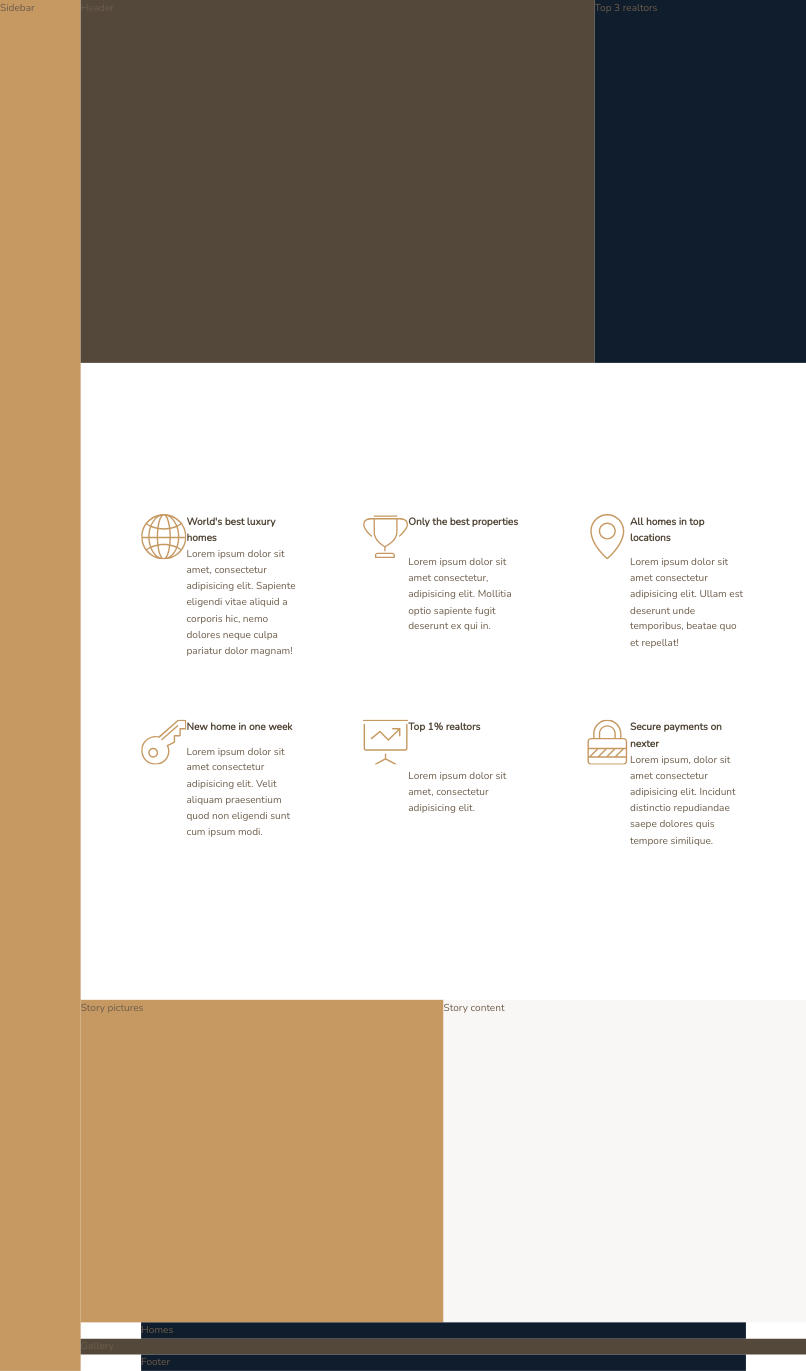
Repository: achwesiuk/nexter
Page: index.html
These files come from the project's save history. The page is drawn as it stood at one moment and after the next save; the edit follows.
The browser window is 1280 px wide. The pictures show the whole page, at 63% of full size.
The style sheet was rebuilt from its Sass, Less or Tailwind sources for each picture, by a compiler version that may differ from the author's.

Above is the page before, as saved 2021-02-19 18:02:50.

After the next save:
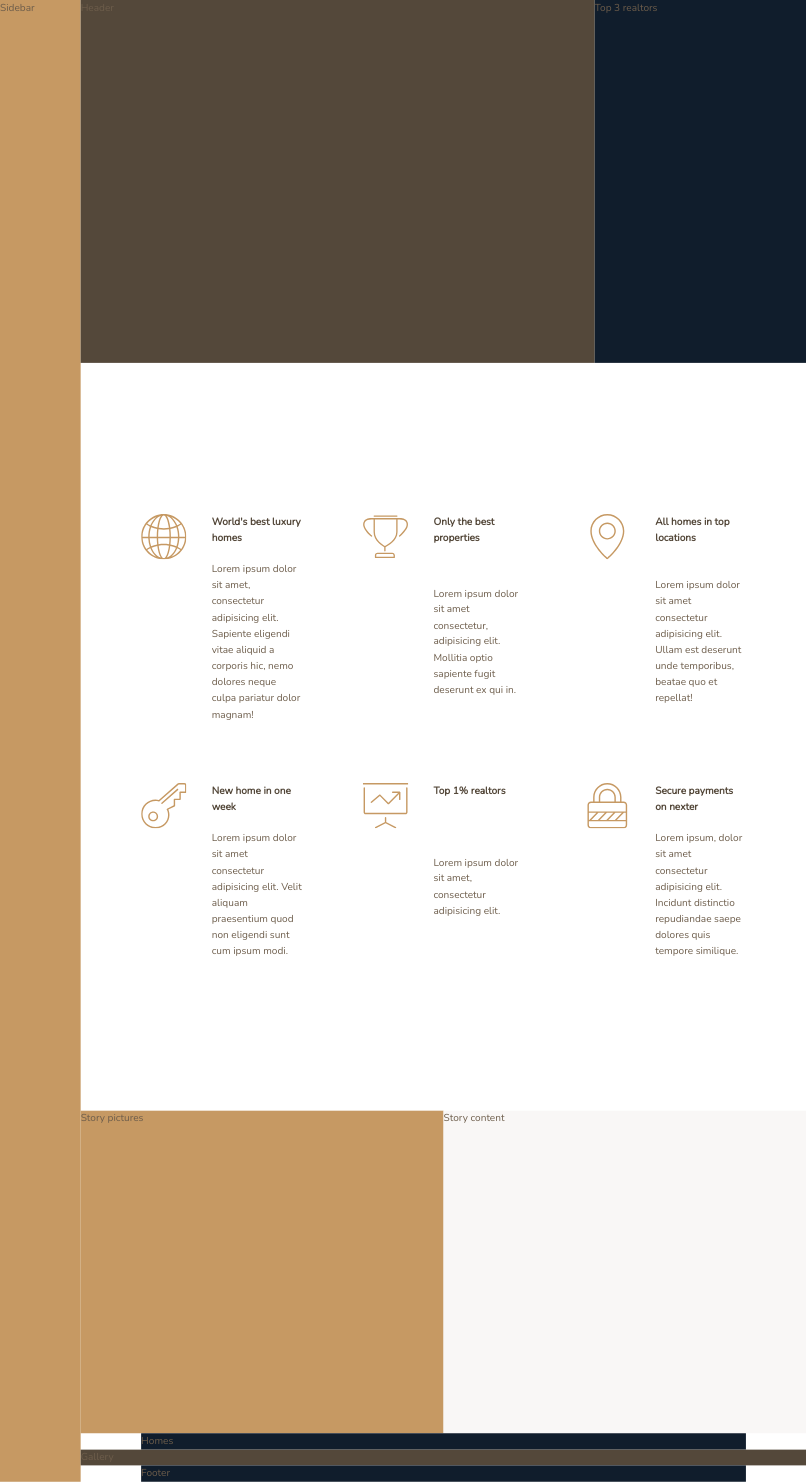
Saved 67 s later.
--- a/sass/_features.scss
+++ b/sass/_features.scss
@@ -14,6 +14,8 @@
     display: grid;
     grid-template-columns: min-content 1fr; //min-content odnosi się do wymiarów ikony
     //nie trzeba określać wierszy, mają mieć wielkość zawartej w nich treści
+    grid-row-gap: 1.5rem;
+    grid-column-gap: 2.5rem;
 
     &__icon {
         fill: $color-primary;
